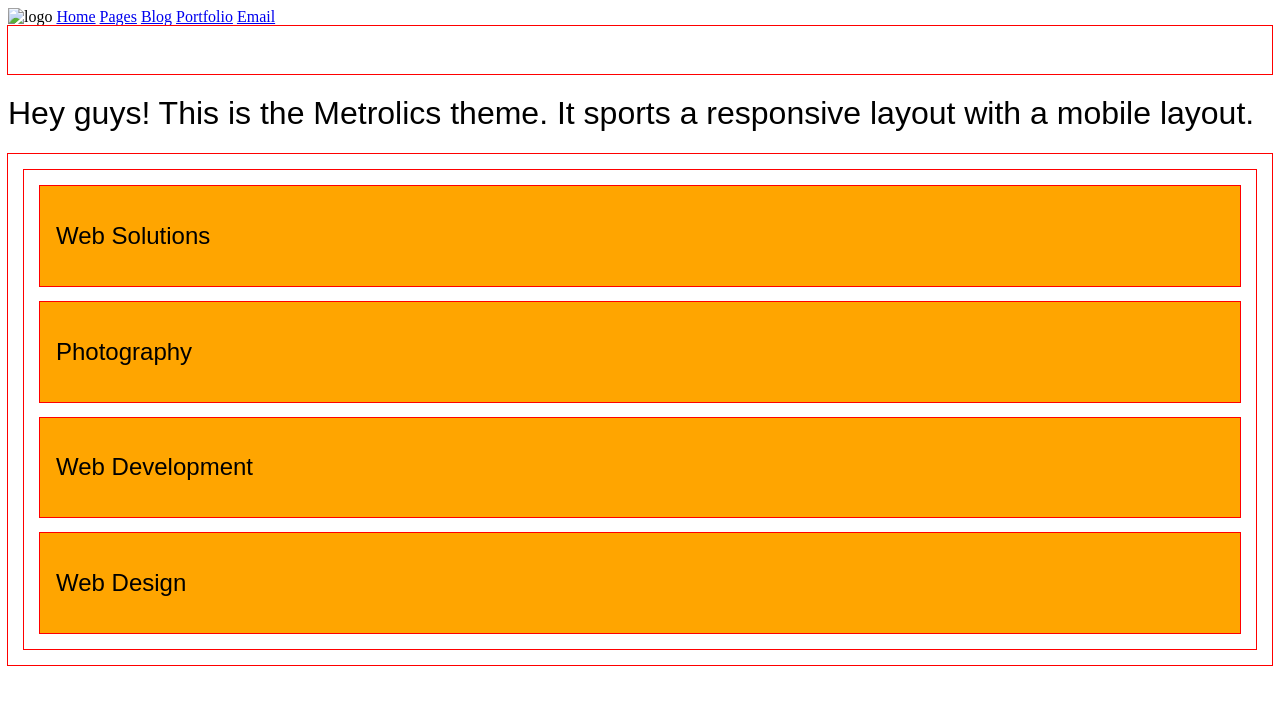
Repository: pjiang604/mdia2003-lab03b
Page: index.html
The author's editor kept a copy of each file at every save. The page is drawn from the files as they stood at one save, then again after the next save.
The browser window is 1280 px wide. The pictures show the whole page.

Above is the page before, as saved 2023-01-23 23:59:23.

### index.html
<!DOCTYPE html>
<html lang="en">
<head>
    <meta charset="UTF-8">
    <meta http-equiv="X-UA-Compatible" content="IE=edge">
    <meta name="viewport" content="width=device-width, initial-scale=1.0">
    <title>Document</title>
    <link rel="stylesheet" href="style.css">
    <link rel="preconnect" href="https://fonts.google.com/specimen/Ubuntu?query=ubuntu">
</head>
<body>
<nav>
    <img src="" alt="logo" class="logo">
    <a href ="/">Home</a>
    <a href ="/">Pages</a>
    <a href ="/">Blog</a>
    <a href ="/">Portfolio</a>
    <a href ="/">Email</a>
</nav>
<div class="carousel">

</div>
<h1>Hey guys! This is the Metrolics theme. It sports a responsive layout with a mobile layout.</h1>
<div class="topRow">
    <div class="row">
        <div class="col">
            <h2>Web Solutions</h2>
        </div>
        <div class="col">
            <h2>Photography</h2>
        </div>
        <div class="col">
            <h2>Web Development</h2>
        </div>
        <div class="col">
            <h2>Web Design</h2>
        </div>
    </div>
</div>
    <footer>

    </footer>
</body>
</html>

### style.css
div {
    outline: 1px solid red;
    min-height: 1rem;
    padding: 1rem;
}

h1,
h2,
h3,
h4,
h5,
h6 {
    font-family: Ubuntu, sans-serif;
    font-weight:300;
}

.row {
    display:grid;
    row-gap: 1rem;
}

.col {
    position:relative;
    background-color: orange;
}


/** small/mobile version */
@media screen and (max-width:39.9375em) {

}

/** medium and up. applicable for both tablet and mobile version */
@media screen and (max-width:40em) {
    .row {
        max-width: 70em;
        column-gap: 1.5rem;
        row-gap: 1.5rem;
        margin: 0 auto;
    }

}

/** medium only */
@media screen and (min-width:40em) and (max-width:63.9375em) {

}

/** large only */
@media screen and (min-width:64em) {

}

After the next save:
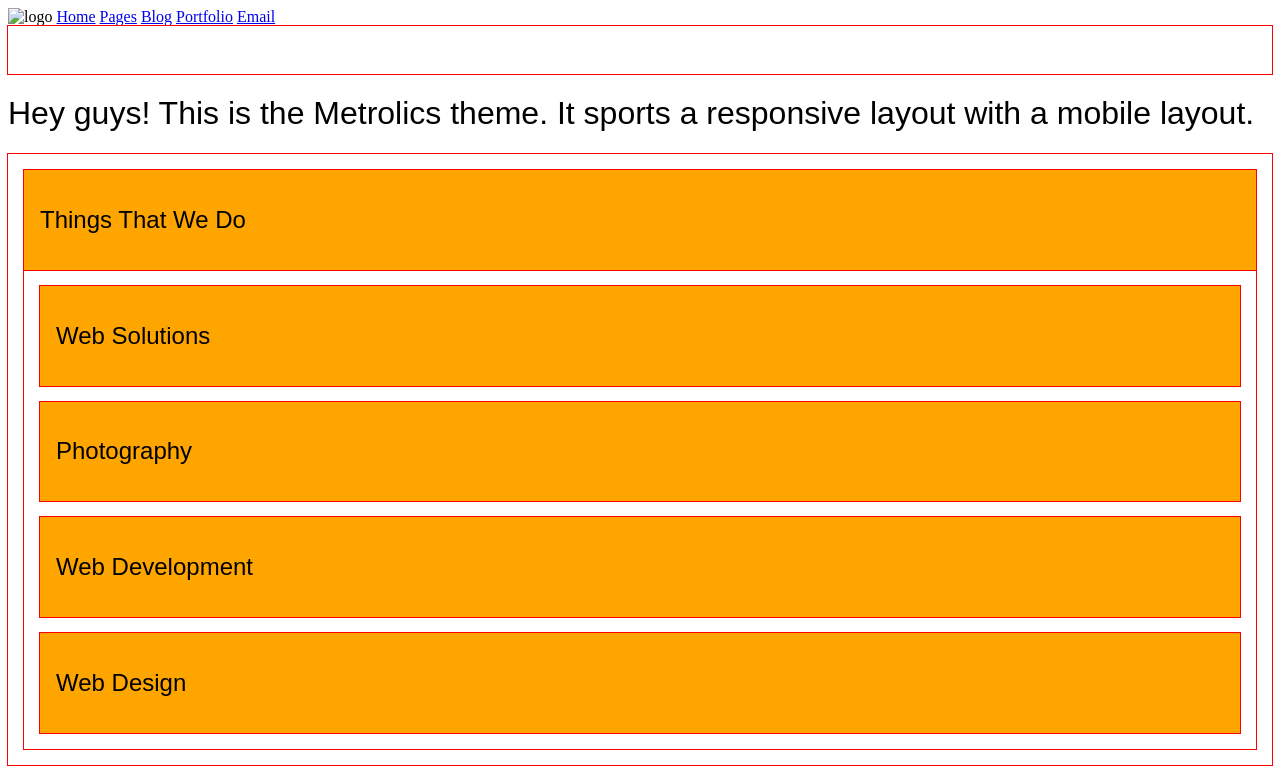
Saved 92 s later.
--- a/index.html
+++ b/index.html
@@ -22,6 +22,9 @@
 </div>
 <h1>Hey guys! This is the Metrolics theme. It sports a responsive layout with a mobile layout.</h1>
 <div class="topRow">
+    <div class="col">
+        <h2>Things That We Do</h2>
+    </div>
     <div class="row">
         <div class="col">
             <h2>Web Solutions</h2>
